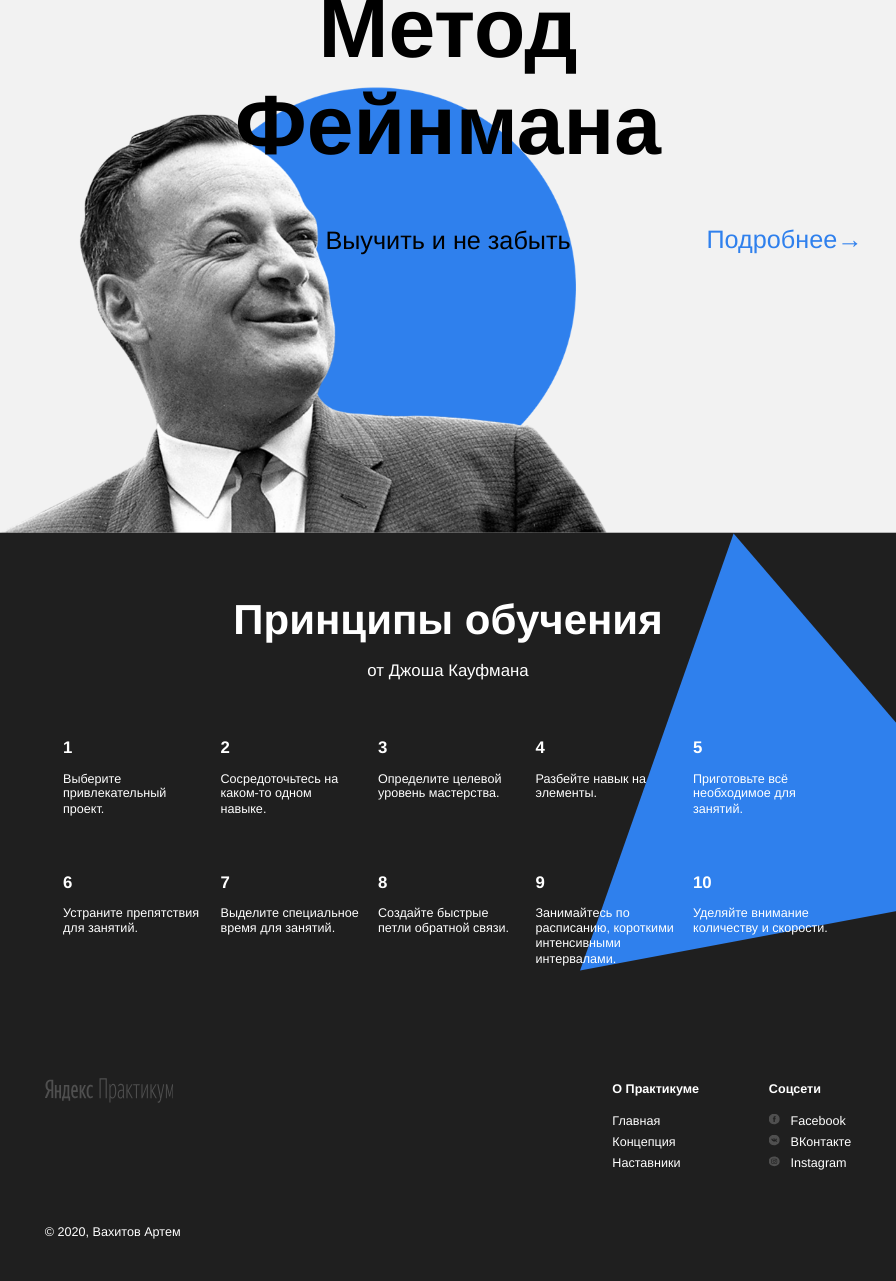
Repository: artemrgrs/how-to-learn
Page: index.html
The author's editor kept a copy of each file at every save. The page is drawn from the files as they stood at one save, then again after the next save.
The browser window is 1280 px wide. The pictures show the part of the page from y = 2100 to 4020 px (the page is 3930 px tall before and 4020 px after), at 70% of full size.

Above is the page before, as saved 2020-12-25 10:58:34.

After the next save:
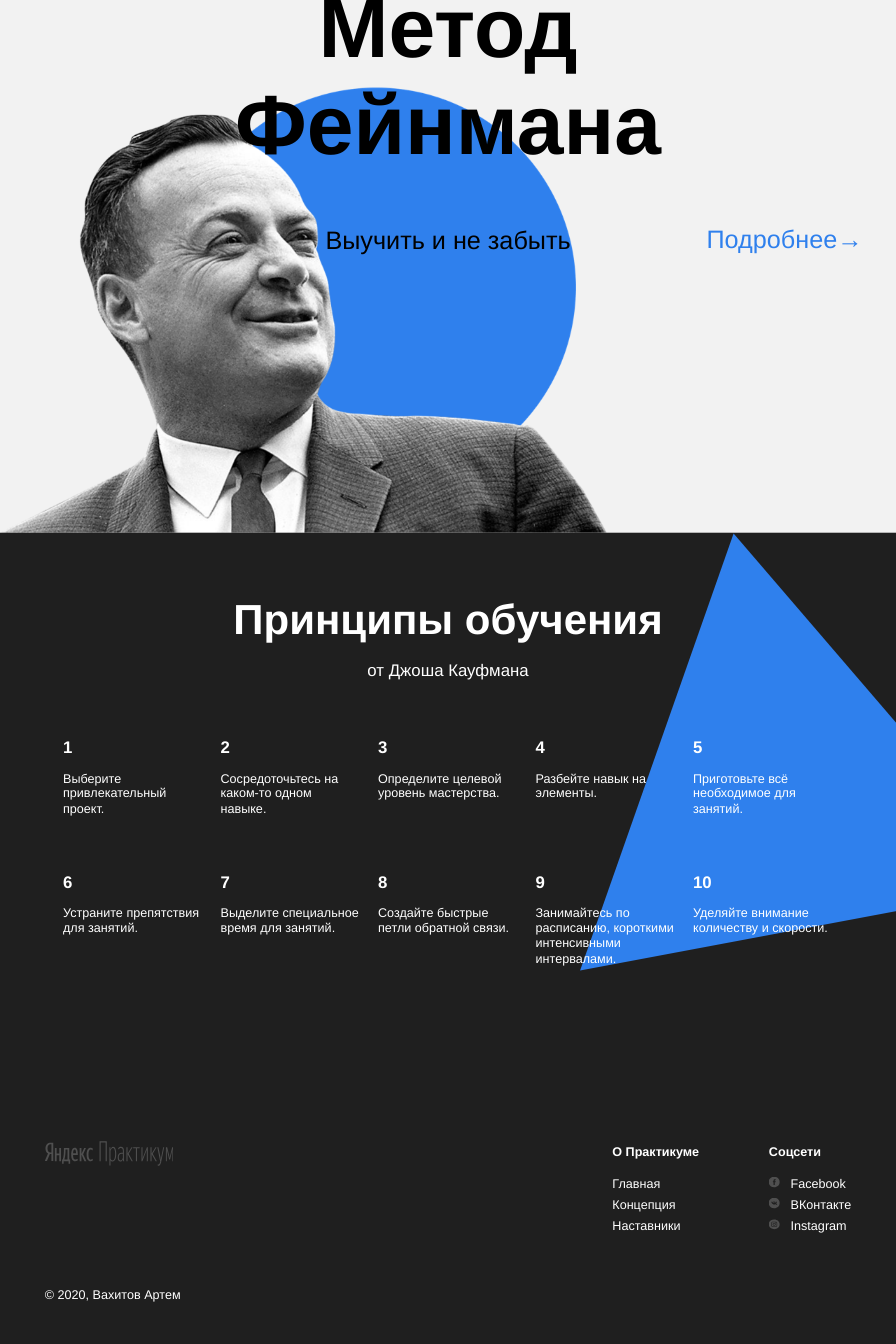
Saved 5 min 25 s later.
--- a/styles/style.css
+++ b/styles/style.css
@@ -243,6 +243,7 @@
   background-color: #1f1f1f;
   position: relative;
   overflow: hidden;
+  padding-bottom: 90px;
 }
 
 .section-title_theme_dark {
